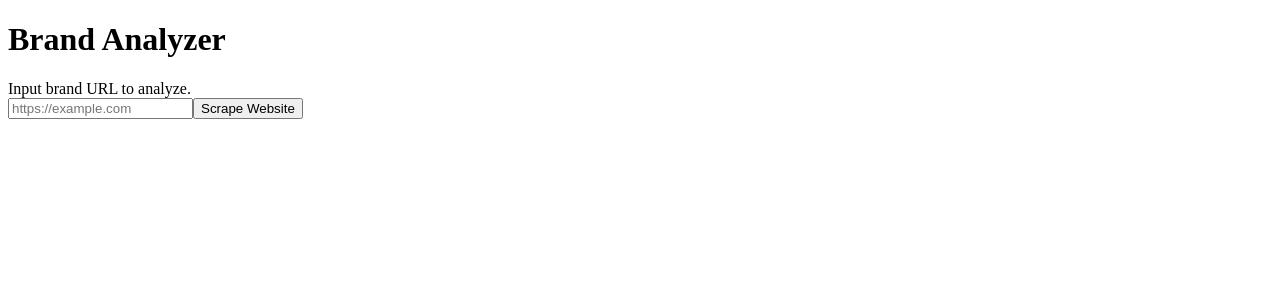
Repository: theethanwright/ai-plugin-template
Page: /
These files come from the project's save history. The page is drawn as it stood at one moment and after the next save; the edit follows.
The browser window is 1280 px wide. The pictures show the whole page.
The project was rebuilt for these pictures with package versions that can differ from the ones it lists, and the page was loaded fresh each time. The framework's server and built-in components were replaced by stand-ins that run in the browser.

Above is the page before, as saved 2024-07-02 23:19:22.

After the next save:
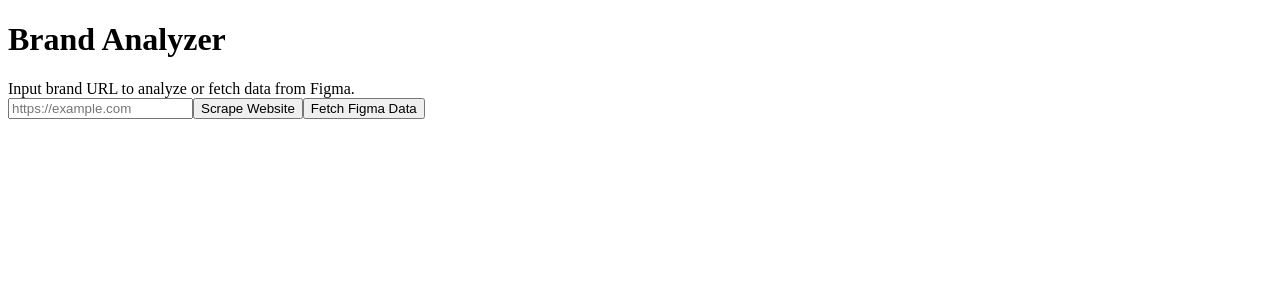
Saved 2 min 28 s later.
--- a/app/page.tsx
+++ b/app/page.tsx
@@ -1,13 +1,26 @@
 "use client";
 
-import { figmaAPI } from "@/lib/figmaAPI";
+import { figmaAPI, FigmaData } from "@/lib/figmaAPI";
 import { useState } from "react";
-import { callData, WebsiteData } from "@/lib/callData"; // Adjust the import path as needed
+import { callData, WebsiteData } from "@/lib/callData";
 
 const Plugin: React.FC = () => {
   const [url, setUrl] = useState<string>("");
   const [scrapedData, setScrapedData] = useState<WebsiteData | null>(null);
+  const [figmaData, setFigmaData] = useState<FigmaData | null>(null);
   const [error, setError] = useState<string | null>(null);
+
+  async function fetchFigmaData(fileKey: string) {
+    try {
+      console.log("Fetching data from Figma API with fileKey:", fileKey);
+      const data = await figmaAPI.getFile(fileKey);
+      console.log("Received data from Figma API:", data);
+      setFigmaData(data);
+    } catch (error) {
+      console.error("Error fetching data from Figma API:", error);
+      setError(error instanceof Error ? error.message : "An unknown error occurred while fetching Figma data");
+    }
+  }
 
   async function streamAIResponse(data: WebsiteData) {
     try {
@@ -67,10 +80,17 @@ const Plugin: React.FC = () => {
     }
   };
 
+  const handleFigmaFetch = async () => {
+    const figmaFileKey = prompt("Enter the Figma file key:");
+    if (figmaFileKey) {
+      await fetchFigmaData(figmaFileKey);
+    }
+  };
+
   return (
     <div className="flex flex-col items-center min-h-screen bg-gray-900 text-white">
       <h1 className="text-4xl font-bold mb-5 mt-2">Brand Analyzer</h1>
-      <div className="text-sm mb-5 text-gray-300">Input brand URL to analyze.</div>
+      <div className="text-sm mb-5 text-gray-300">Input brand URL to analyze or fetch data from Figma.</div>
       <div className="flex flex-row gap-2">
         <input
           type="text"
@@ -85,6 +105,12 @@ const Plugin: React.FC = () => {
         >
           Scrape Website
         </button>
+        <button
+          onClick={handleFigmaFetch}
+          className="mb-5 p-2 px-4 rounded bg-blue-600 text-white hover:bg-blue-700"
+        >
+          Fetch Figma Data
+        </button>
       </div>
       {error && (
         <div className="border border-red-600 rounded p-5 bg-red-800 shadow-lg m-2 text-gray-200">
@@ -98,6 +124,13 @@ const Plugin: React.FC = () => {
           </pre>
         </div>
       )}
+      {figmaData && (
+        <div className="border border-gray-600 rounded p-5 bg-gray-800 shadow-lg m-2 text-gray-200">
+          <pre className="whitespace-pre-wrap">
+            <p className="text-md">Figma Data: {JSON.stringify(figmaData, null, 2)}</p>
+          </pre>
+        </div>
+      )}
     </div>
   );
 };
